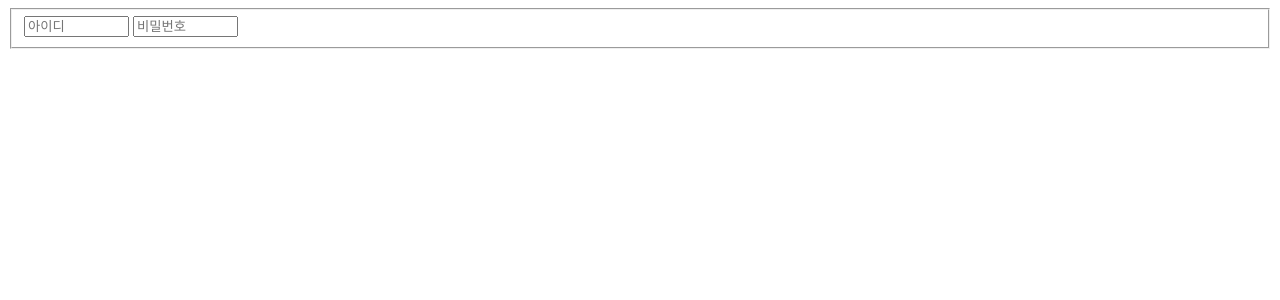
Repository: Scoobi-wisdoom/web
Page: d011/web/index.html
These files come from the project's save history. The page is drawn as it stood at one moment and after the next save; the edit follows.
The browser window is 1280 px wide. The pictures show the whole page.

Above is the page before, as saved 2020-08-05 07:44:26.

### d011/web/index.html
<!DOCTYPE html>
<html>
<head>
<meta charset="EUC-KR">
<title>Insert title here</title>
</head>
<body>

<form action="login" method="GET">
	<fieldset>
		<input type="text" name="id" size=10 placeholder="아이디">
		<input type="text" name="pwd" size= 10 placeholder="비밀번호">
	</fieldset>
</form>

</body>
</html>

After the next save:
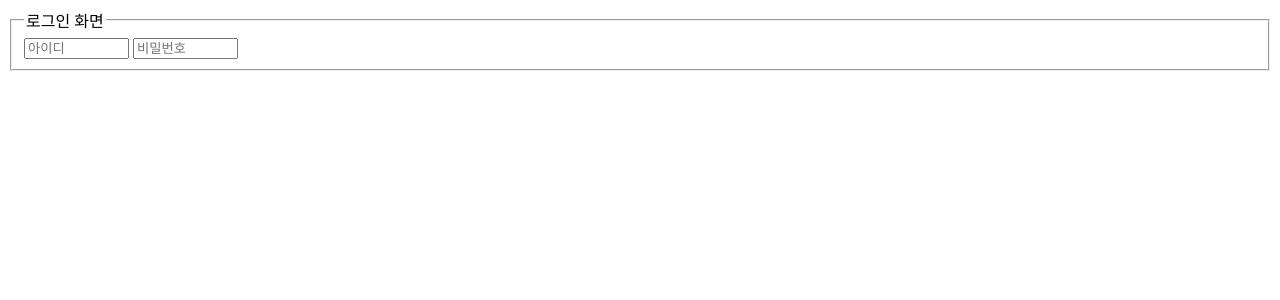
Saved 48 s later.
--- a/d011/web/index.html
+++ b/d011/web/index.html
@@ -8,6 +8,7 @@
 
 <form action="login" method="GET">
 	<fieldset>
+	<legend>로그인 화면</legend>
 		<input type="text" name="id" size=10 placeholder="아이디">
 		<input type="text" name="pwd" size= 10 placeholder="비밀번호">
 	</fieldset>
